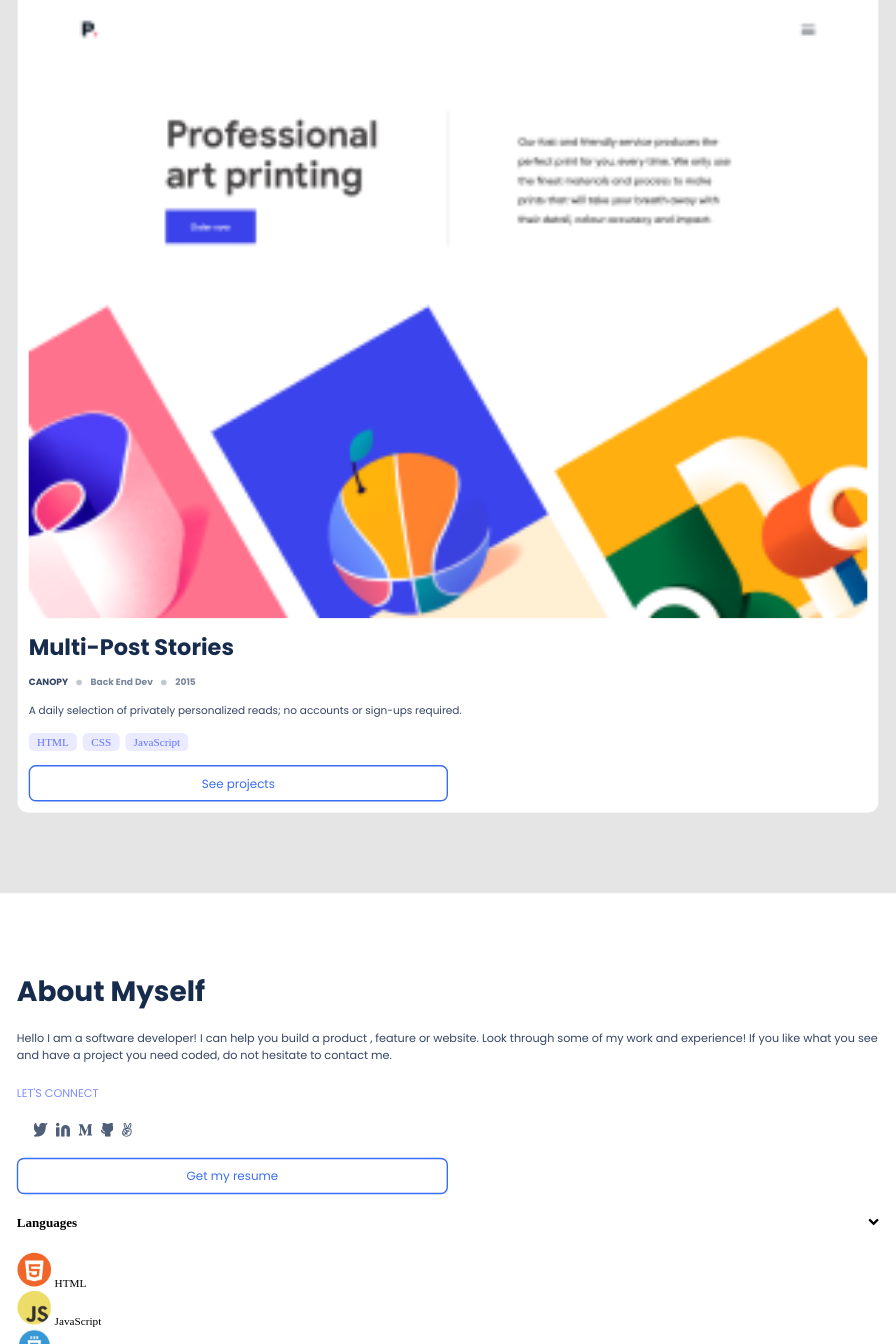
Repository: Paulinelali/potfoilo.github.io
Page: public/index.html
An editor plug-in stored every save of this project. The page is shown before and after a run of saves, followed by the edit.
The browser window is 1280 px wide. The pictures show the part of the page from y = 4580 to 6500 px (the page is 6986 px tall), at 70% of full size.

Above is the page before, as saved 2023-03-31 08:13:18.

After the next 3 saves:
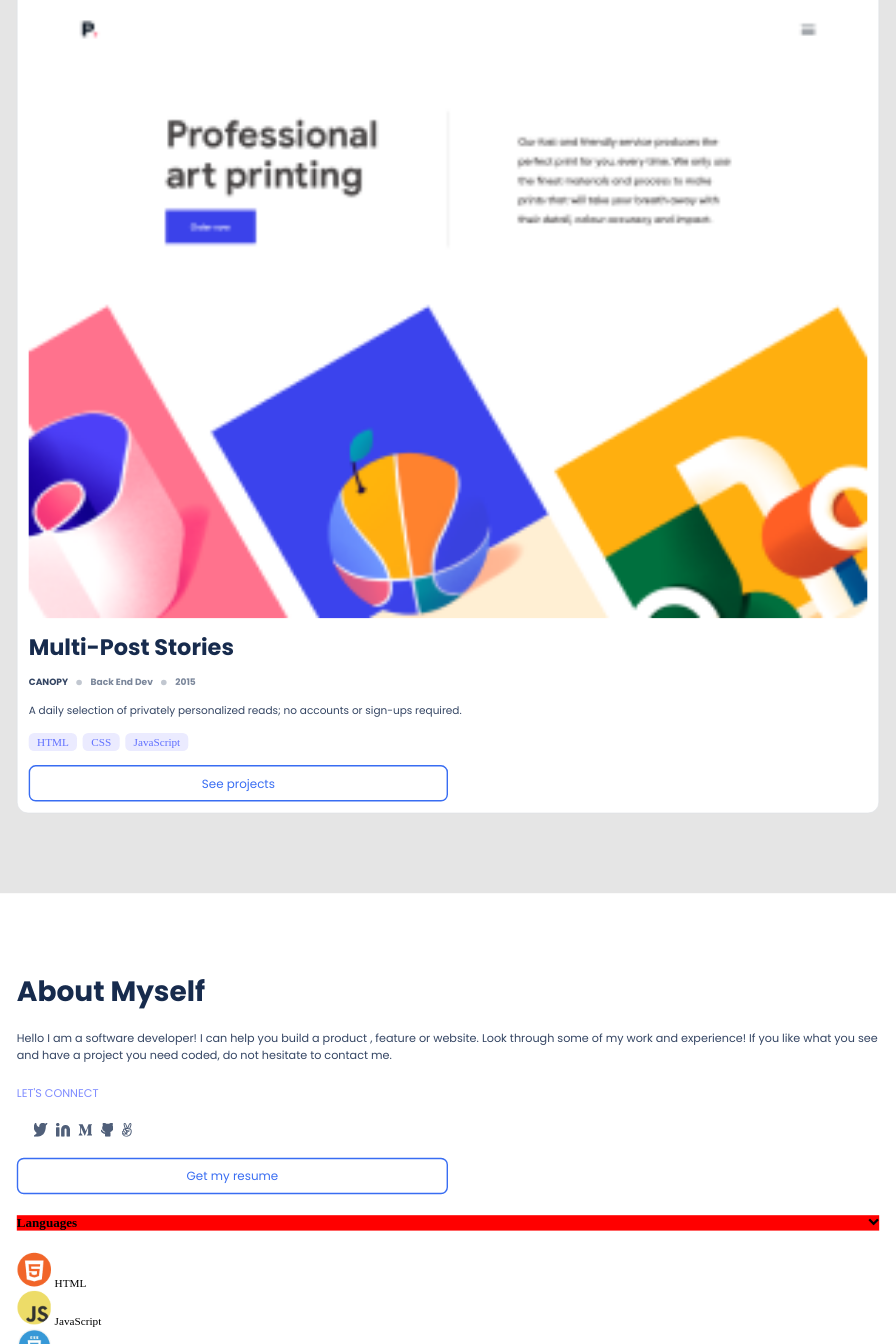
The 3 saves are shown as one change because they came seconds apart.
The last was saved 17 s later.
--- a/styles/style.css
+++ b/styles/style.css
@@ -218,4 +218,5 @@ color: #7F8CFF;
 .language{
   display: flex;
   justify-content: space-between;
-}
+  background-color: red
+}
